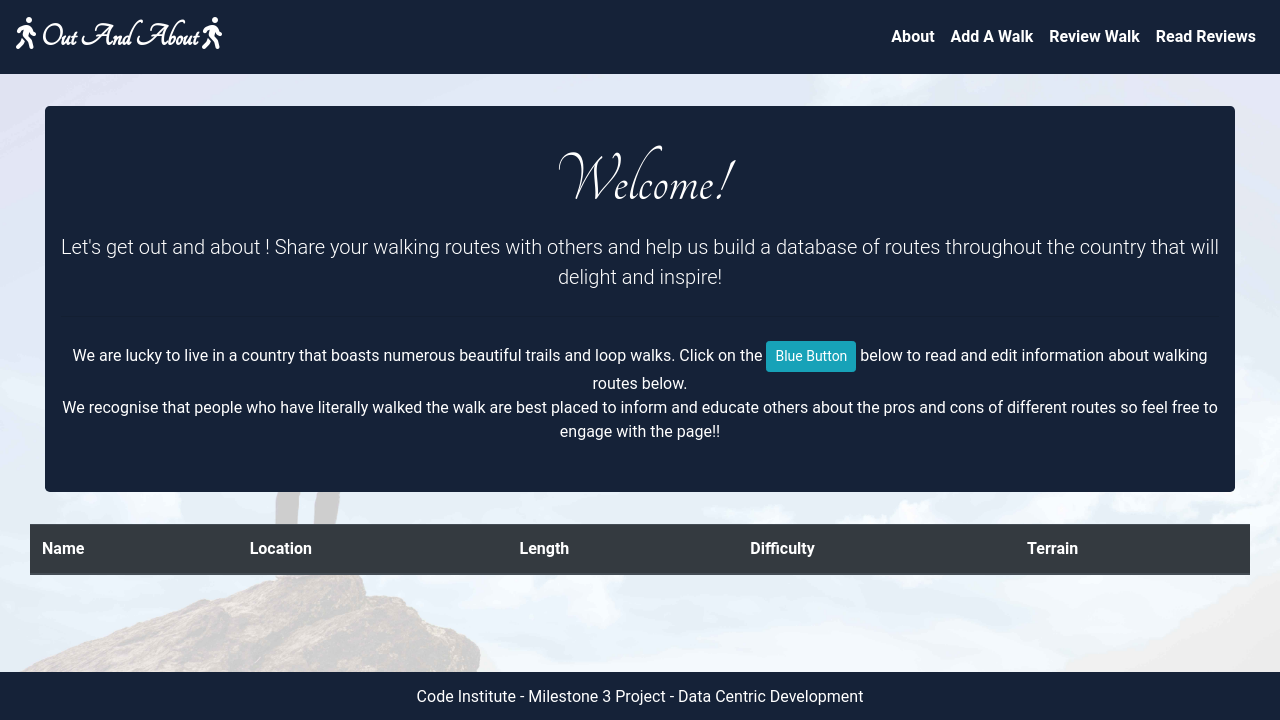
Repository: 5803emma/days-of-walking
Page: http://localhost/
The author's editor kept a record of every edit. The page is drawn from the files as they stood at one moment, then again after the next edit.
The browser window is 1280 px wide. The pictures show the whole page.
Some web libraries are served in a nearby version. The page is served by the project's application, run on Flask 3 (app.py). Queries for data that is not in the repository find no rows.

Above is the page before.

### templates/home.html
{% extends 'base.html'%} {% block content %}

<div class="container-fluid">

 <div class="row-welcome justify-content-center">
  <div class="col-12 text-dark">
   <div class="jumbotron">
    <h1 class="display-3">Welcome!</h1>
    <p class="lead" align="center">Let's get out and about ! Share your walking routes with others and help us build a database of routes throughout the country that will delight and inspire!</p>
    <hr class="my-4">
    <p align="center">We are lucky to live in a country that boasts numerous beautiful trails and loop walks. Click on the <button type="button" class="btn btn-info btn-sm">Blue Button</button> below to read and edit information about walking routes below.<br> We recognise that people who have literally walked the walk are best placed to inform and educate others about the pros and cons of different routes so feel free to engage with the page!!</p>
   </div>
  </div>
 </div>

<div class="row justify-content-center">
  <div class="col-12 table-responsive table-data">
   <table class="table table-hover">
    <thead class="thead-dark">
     <tr>
      <th scope="col">Name</th>
      <th scope="col">Location</th>
      <th scope="col">Length</th>
      <th scope="col">Difficulty</th>
      <th scope="col">Terrain</th>
     </tr>
    </thead>
    <tbody>

     {% for walk in walks %}
     <tr>
      <td><a class="btn btn-info btn-sm" href="{{url_for('edit_walk', walk_id=walk._id)}}" role="button">{{walk.walk_name}}</a></td>
      <td>{{walk.walk_location}}</td>
      <td>{{walk.walk_length}}</td>
      <td>{{walk.walk_difficulty}}</td>
      <td>{{walk.walk_terrain}}</td>
     </tr>
     {% endfor %}
    </tbody>
   </table>


  </div>
  {% endblock %}

### templates/base.html
<!DOCTYPE html>
<html>

<head>
    <link rel="stylesheet" href="https://stackpath.bootstrapcdn.com/bootstrap/4.4.1/css/bootstrap.min.css">
    <link rel="stylesheet" href="https://cdnjs.cloudflare.com/ajax/libs/font-awesome/5.12.0/css/all.min.css" />
    <link rel="stylesheet" href="{{ url_for('static', filename='css/style.css') }}" type="text/css" />
</head>

<body>
    <header>
        <nav class="navbar navbar-expand-md navbar-dark home-logo-text">
            <a class="navbar-brand" href="{{url_for('get_walks')}}"><i
                    class="fas fa-walking"></i> Out And About <i
                    class="fas fa-walking"></i></a>
            <button class="navbar-toggler" type="button" data-toggle="collapse" data-target="#navbarNavAltMarkup" aria-controls="navbarNavAltMarkup" aria-expanded="false" aria-label="Toggle navigation">
                <span class="navbar-toggler-icon"></span>
            </button>
            <div class="collapse navbar-collapse" id="navbarNavAltMarkup">
                <div class="navbar-nav ml-auto">
                    <a class="nav-item nav-link" href="{{url_for('about')}}">About</a>
                    <a class="nav-item nav-link" href="{{url_for('add_new_walk')}}">Add A Walk</a>
                    <a class="nav-item nav-link" href="{{url_for('walk_review')}}">Review Walk</a>
                     <a class="nav-item nav-link" href="{{url_for('read_review')}}">Read Reviews</a>
                </div>
            </div>

        </nav>
    </header>

    <!-- Container for injected templates -->
    <div class="container-fluid justify-content-center">


    {% block content %} {% endblock %}

 <!-- Footer -->
  <footer class="fixed-bottom">
    <div class="container-fluid">
      <p class="m-0 text-center text-white">Code Institute - Milestone 3 Project - Data Centric Development</p>
    </div>
    <!-- /.container -->
  </footer>

    <script src="https://code.jquery.com/jquery-3.4.1.slim.min.js"></script>
    <script src="https://cdn.jsdelivr.net/npm/popper.js@1.16.0/dist/umd/popper.min.js"></script>
    <script src="https://stackpath.bootstrapcdn.com/bootstrap/4.4.1/js/bootstrap.min.js"></script>
</body>

</html>

### app.py
import os
from flask import Flask, render_template, redirect, request, url_for
from flask_pymongo import PyMongo
from bson.objectid import ObjectId

app = Flask(__name__)

app.config["MONGO_DBNAME"] = 'walking_app'
app.config["MONGO_URI"] = 'mongodb+srv://root:johnbell@myfirstcluster-20lqh.mongodb.net/walking_app?retryWrites=true&w=majority'

mongo = PyMongo(app)

@app.route("/")
@app.route("/get_walks")
def get_walks():
    return render_template("home.html", walks=mongo.db.walks.find())

@app.route("/about")
def about():
    return render_template("about.html")


@app.route("/add_new_walk")
def add_new_walk():
    return render_template("add_walk.html")


@app.route("/insert_walk", methods=['POST'])
def insert_walk():
    walk = mongo.db.walks
    walk.insert_one(request.form.to_dict())
    return redirect(url_for('get_walks'))

# Update Information About Walk

@app.route("/edit_walk/<walk_id>")
def edit_walk(walk_id):
    the_walk = mongo.db.walks.find_one({"_id": ObjectId(walk_id)})
    return render_template("update_walk.html", walk=the_walk)

@app.route("/update_walk/<walk_id>", methods=["POST"])
def update_walk(walk_id):
    walk = mongo.db.walks
    walk.update({'_id': ObjectId(walk_id)}, {
        'walk_name' : request.form.get('walk_name'),
        'walk_location' : request.form.get('walk_location'),
        'walk_length' : request.form.get('walk_length'),
        'walk_difficulty' : request.form.get('walk_difficulty'),
        'walk_terrain' : request.form.get('walk_terrain')
    })
    return redirect(url_for('get_walks'))

# Delete Option

@app.route("/delete_walk/<walk_id>")
def delete_walk(walk_id):
    mongo.db.walks.remove({'_id': ObjectId(walk_id)})
    return redirect(url_for('get_walks'))

@app.route("/leave_review")
def walk_review():
    return render_template("walk_review.html", walks=mongo.db.walks.find())

# Sends the data that the user inserts to the database

@app.route("/walk_review", methods=['POST'])
def insert_review():
    review = mongo.db.reviews
    review.insert_one(request.form.to_dict())
    return redirect(url_for('walk_review'))


@app.route("/read_review")
def read_review():
    return render_template("read_reviews.html", reviews=mongo.db.reviews.find())

if __name__ == "__main__":
    app.run(host=os.environ.get("IP", "0.0.0.0"),
    port=int(os.environ.get("PORT", "5000")),
    debug=False)

### static/css/style.css
@import url('https://fonts.googleapis.com/css?family=Tangerine&display=swap');

html, body {
  height: 100%;
  background-image: url(../images/bg-image.jpg);
  background-color: #FAFAFA;
  background-repeat: no-repeat;
  background-size: cover;
  overflow: hidden;
  position: fixed;
  width: 100%;
  font-family: 'Roboto', sans-serif;
  clear: both;
}

.container {
  display: flex;
  height: 100%;
}

.navbar-dark {
  background-color: #152238;
}

.navbar-dark .navbar-brand {
    color: #fff;
    font-weight: bold;
    font-family: "Tangerine", cursive;
    font-size: 2rem;
}

.navbar-dark .navbar-nav .nav-link {
    color: #fff;
    font-weight: bold;
}

h1, h2 {
  text-align: center;
  font-family: "Tangerine", cursive;
}

.jumbotron {
    margin-top: 2rem;
    padding: 2rem 1rem;
    margin-bottom: 2rem;
    color: #ffffff;
    background-color: #152238;
    border-radius: .3rem;
}

.display-4 {
    font-size: 3.5rem;
    font-weight: 300;
    line-height: 1.2;
    font-family: "Tangerine", cursive;
}

.row {
  margin-top: 1rem;
  margin-bottom: 1rem;
}

.media-body {
  margin-top: 10px;
}

.btn-success {
    color: #fff;
    background-color: #5F9F9F;
    border-color: #5F9F9F;
    margin-bottom: 20px;
}

.fixed-bottom {
    position: fixed;
    right: 0;
    bottom: 0;
    left: 0;
    z-index: 1030;
    height: 3rem;
    padding-top: 0.8rem;
    background-color: #152238;
}

After the next edit:
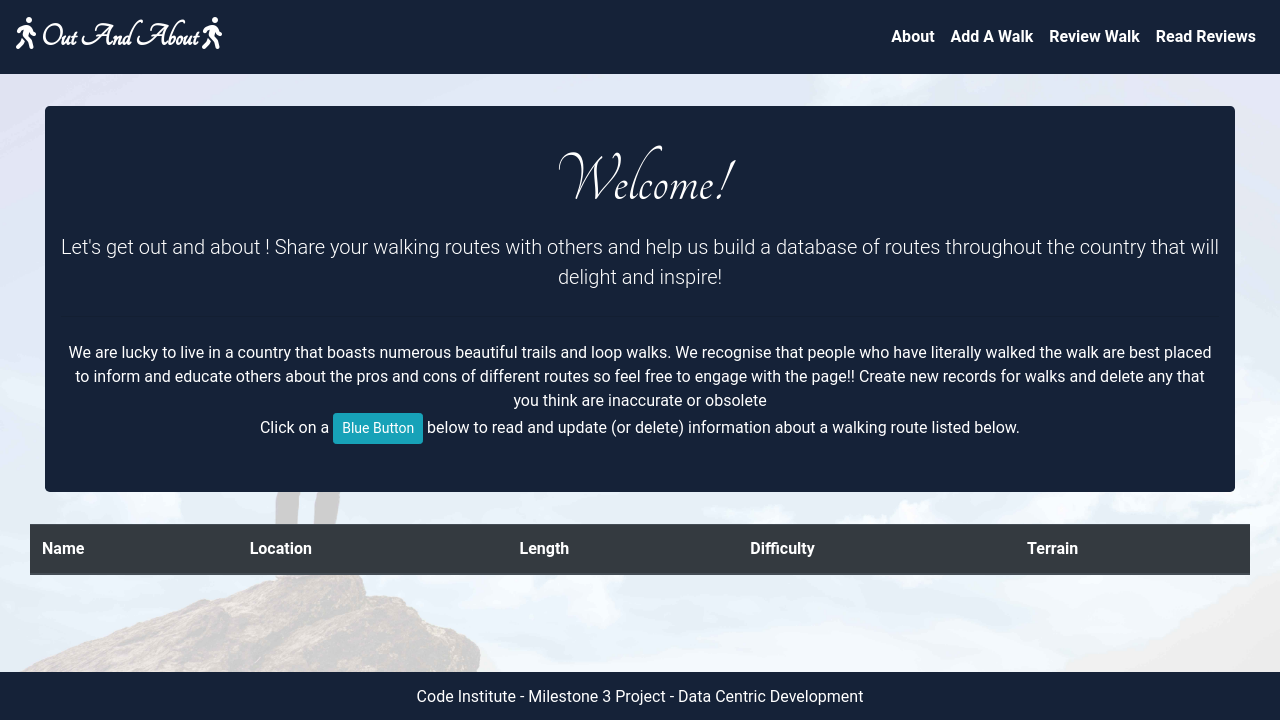
The edit:
--- a/templates/home.html
+++ b/templates/home.html
@@ -8,12 +8,12 @@
     <h1 class="display-3">Welcome!</h1>
     <p class="lead" align="center">Let's get out and about ! Share your walking routes with others and help us build a database of routes throughout the country that will delight and inspire!</p>
     <hr class="my-4">
-    <p align="center">We are lucky to live in a country that boasts numerous beautiful trails and loop walks. Click on the <button type="button" class="btn btn-info btn-sm">Blue Button</button> below to read and edit information about walking routes below.<br> We recognise that people who have literally walked the walk are best placed to inform and educate others about the pros and cons of different routes so feel free to engage with the page!!</p>
+    <p align="center">We are lucky to live in a country that boasts numerous beautiful trails and loop walks. We recognise that people who have literally walked the walk are best placed to inform and educate others about the pros and cons of different routes so feel free to engage with the page!! Create new records for walks and delete any that you think are inaccurate or obsolete<br>Click on a <button type="button" class="btn btn-info btn-sm">Blue Button</button> below to read and update (or delete) information about a walking route listed below.</p>
    </div>
   </div>
  </div>
 
-<div class="row justify-content-center">
+ <div class="row justify-content-center">
   <div class="col-12 table-responsive table-data">
    <table class="table table-hover">
     <thead class="thead-dark">
